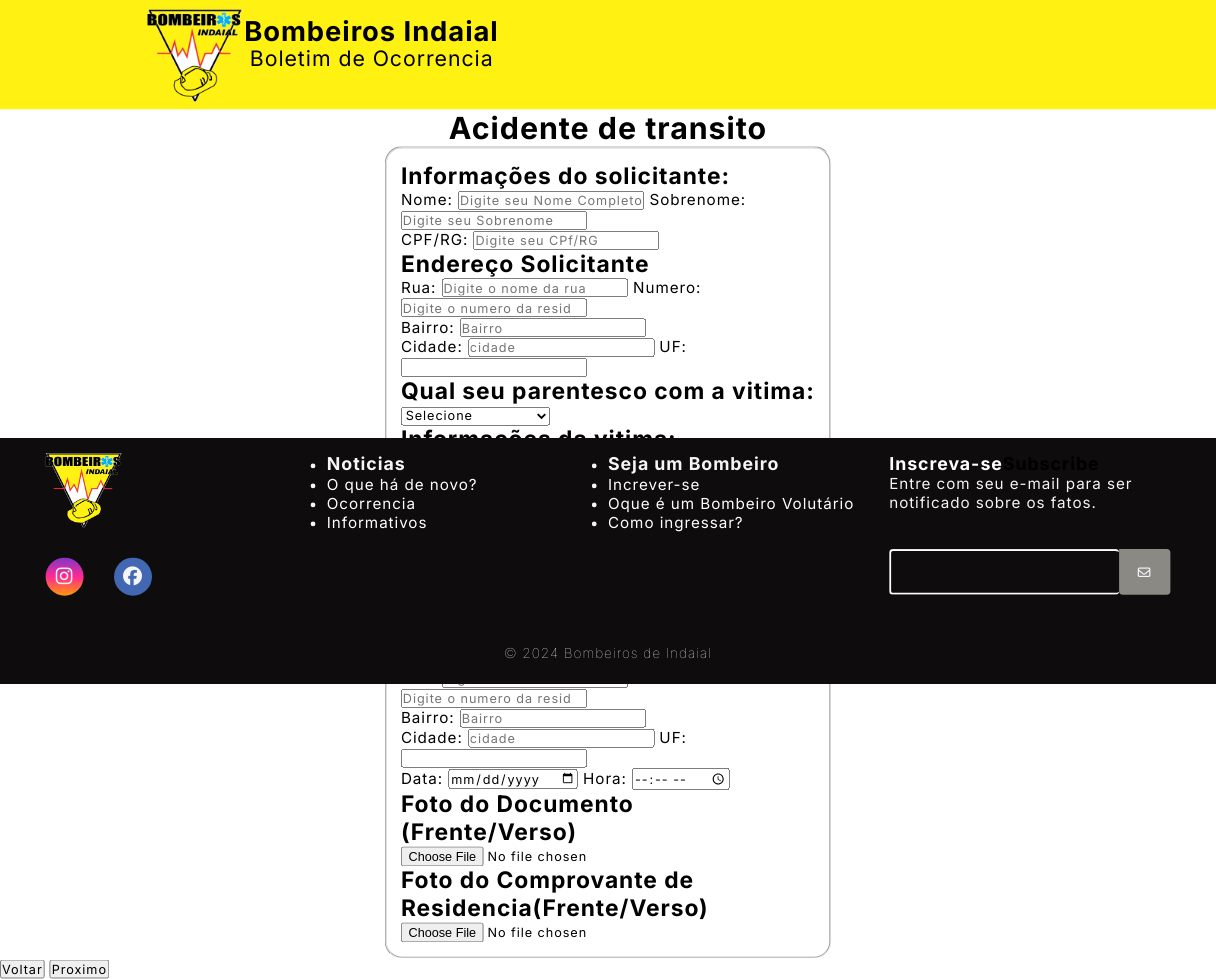
Repository: ThaylonKnopf/ProjetoBV
Page: AcidenteTransito/transitoparente/Form.html
These files come from the project's save history. The page is drawn as it stood at one moment and after a run of saves; the edit follows.
The browser window is 1280 px wide. The pictures show the whole page, at 95% of full size.

Above is the page before, as saved 2024-04-08 11:37:41.

### AcidenteTransito/transitoparente/Form.html
<!DOCTYPE html>
<html lang="pt-BR">

    <head>
        <meta charset="UTF-8">
        <meta name="viewport" content="width=device-width, initial-scale=1.0">
        <title>Requisição de B.O.</title>
        <link rel="stylesheet" href="estilo-fato.css">
        <link rel="shortcut icon"
            href="https://storage.googleapis.com/production-hostgator-brasil-v1-0-9/629/1202629/afAiZAhX/4db7fe933b1247ebbdbe06664fbece59">
        <link rel="stylesheet" href="https://cdnjs.cloudflare.com/ajax/libs/font-awesome/6.5.2/css/all.min.css"
            integrity="sha512-SnH5WK+bZxgPHs44uWIX+LLJAJ9/2PkPKZ5QiAj6Ta86w+fsb2TkcmfRyVX3pBnMFcV7oQPJkl9QevSCWr3W6A=="
            crossorigin="anonymous" referrerpolicy="no-referrer" />

    </head>

    <body>
        <header>
            <link rel="stylesheet" href="/header/footer/header.css">
            <main>
                <source media="(min-width:320px)" srcset="" sizes="300px">
                <div class="titulo">
                    <h1>Bombeiros&nbsp;Indaial</h1>
                </div>
                <div class="img">
                    <a href="https://bombeirosindaial.com.br/" target="_blank"><img src="../img/m.png"
                            alt="logo-bombeiro"></a>
                </div>
                <div class="p">
                    <p>Boletim&nbsp;de&nbsp;Ocorrencia</p>
                </div>
                </nav>
            </main>
        </header>
        <main class="menuh1">
            <h1>Acidente de transito</h1>
        </main>
        <form>
            <fieldset>
                <h2>Informações do solicitante:</h2>
                <div class="campo" required>
                    <label for="nome">Nome:</label>
                    <input type="text" name="nome" id="nome" placeholder="Digite seu Nome Completo" required>
                    <label for="sobrenome">Sobrenome:</label>
                    <input type="text" name="sobrenome" id="sobrenome" placeholder="Digite seu Sobrenome" required>
                </div>
                <div id="cpf">
                    <label for="cfp">CPF/RG:</label>
                    <input type="text" name="cfp" id="cpf" placeholder="Digite seu CPf/RG" required>
                </div>
                <h2>Endereço Solicitante</h2>
                <div id="rua">
                    <label for="rua">Rua:</label>
                    <input type="text" name="rua" id="rua" placeholder="Digite o nome da rua" required>
                    <label for="rua">Numero:</label>
                    <input type="number" name="numero" id="numero" placeholder="Digite o numero da residencia."
                        required>
                </div>
                <div id="bairro">
                    <label for="bairro">Bairro:</label>
                    <input type="text" name="bairro" id="bairro" placeholder="Bairro" required>
                </div>
                <div>
                    <label for="cidade">Cidade:</label>
                    <input type="text" name="cidade" id="cidade" placeholder="cidade" required>
                    <label for="estado">UF:</label>
                    <input type="text" name="estado" id="estado" required>
                </div>
                <h2>Qual seu parentesco com a vitima:</h2>
                <select name="parentesco" id="parente">
                    <option selected disabled value="">Selecione</option>
                    <option>Pai/Mae</option>
                    <option>Irmão/Irmã</option>
                    <option>Conjuge</option>
                    <option>Filho/Filha</option>
                    <option>Avô/Avó</option>
                    <option>Responsável Legal</option>
                </select>
                <h2>Informações da vitima:</h2>
                <div class="campov">
                    <label for="nomev">Nome:</label>
                    <input type="text" name="nome" id="nomev" placeholder="Digite seu Nome" required>
                    <label for="sobrenome">Sobrenome:</label>
                    <input type="text" name="sobrenome" id="sobrenomev" placeholder="Digite seu Sobrenome" required>
                </div>
                <div id="cpfv">
                    <label for="cfp">CPF/RG:</label>
                    <input type="text" name="cfp" id="cpfv" placeholder="Digite seu CPf/RG" required>
                </div>
                <h2>Endereço Vitima</h2>
                <div id="ruav">
                    <label for="rua">Rua:</label>
                    <input type="text" name="rua" id="ruavi" placeholder="Digite o nome da rua" required>
                    <label for="numero">Numero:</label>
                    <input type="number" name="numero" id="numerov" placeholder="Digite o numero da residencia."
                        required>
                </div>
                <div id="bairrov">
                    <label for="bairro">Bairro:</label>
                    <input type="text" name="bairro" id="bairrov" placeholder="Bairro" required>
                </div>
                <div>
                    <label for="cidade">Cidade:</label>
                    <input type="text" name="cidade" id="cidadev" placeholder="cidade" required>
                    <label for="estado">UF:</label>
                    <input type="text" name="estado" id="estadov" required>
                <h2>Informações da ocorrencia:</h2>
                <div id="ruao">
                    <label for="rua">Rua:</label>
                    <input type="text" name="rua" id="ruaoc" placeholder="Digite o nome da rua" required>
                    <label for="numero">Numero:</label>
                    <input type="number" name="numero" id="numeroc" placeholder="Digite o numero da residencia."
                        required>
                </div>
                <div id="bairroc">
                    <label for="bairro">Bairro:</label>
                    <input type="text" name="bairro" id="bairroc" placeholder="Bairro" required>
                </div>
                <div>
                    <label for="cidade">Cidade:</label>
                    <input type="text" name="cidade" id="cidadec" placeholder="cidade" required>
                    <label for="estado">UF:</label>
                    <input type="text" name="estado" id="estadoc" required>
                </div>
                <div id="data">
                    <label for="data">Data:</label>
                    <input type="date" name="dataoc" id="dataoc">
                    <label for="hora">Hora:</label>
                    <input type="time" name="horaoc" id="horaoc">
                </div>
                <div class="doc">
                    <h2>Foto do Documento (Frente/Verso)</h2>
                    <input type="file" name="doc" id="doc">
                </div>
                <div class="res">
                    <h2>Foto do Comprovante de Residencia(Frente/Verso)</h2>
                    <input type="file" name="doc">
                </div>
            </fieldset>
    </form>
        <main class="main-botao">
            <div class="continuar" required>
                <a href="../transitoselecionar/transito1.html"><button class="voltar">Voltar</button></a>
                <a href="/AcidenteTransito/transitoparente/Concluido.html"><button class="prox" required>Proximo</button></a>
            </div>
        </main>
        <footer id="footer">
            <link rel="stylesheet" href="/header/footer/footer.css">
            <div id="footer_content">
                <div id="footer_contacts">
                    <a href="https://bombeirosindaial.com.br/" target="_blank">
                        <h1>
                            <img src="../img/m.png" width="80px" alt="">
                        </h1>
                    </a>
                    <div id="footer_social_media">
                        <a href="#" class="footer-link" id="instagram">
                            <i class="fa-brands fa-instagram"></i>
                        </a>
                        <a href="#" class="footer-link" id="facebook">
                            <i class="fa-brands fa-facebook"></i>
                        </a>
                    </div>
                </div>
                <ul class="footer-list">
                    <li>
                        <h3>Noticias</h3>
                    </li>
                    <li>
                        <a href="#" class="footer-link">O que há de novo?</a>
                    </li>
                    <li>
                        <a href="#" class="footer-link">Ocorrencia</a>
                    </li>
                    <li>
                        <a href="#" class="footer-link">Informativos</a>
                    </li>
                </ul>
                <ul class="footer-lists">
                    <li>
                        <h3 id="pro">Seja um Bombeiro</h3>
                    </li>
                    <li>
                        <a href="#" class="footer-links">Increver-se</a>
                    </li>
                    <li>
                        <a href="#" class="footer-links">Oque é um Bombeiro Volutário</a>
                    </li>
                    <li>
                        <a href="#" class="footer-links">Como ingressar?</a>
                    </li>
                </ul>
                <div id="footer_subscribe">
                    <h3>Subscribe</h3>
                    <p>
                        Entre com seu e-mail para ser notificado sobre os fatos.
                    </p>
                    <div id="input_group">
                        <input type="email" id="email">
                        <button>
                            <i class="fa-regular fa-envelope"></i>
                        </button>
                    </div>
                </div>
            </div>
            <div id="footer_copyright">
                &#169
                2024 Bombeiros de Indaial
            </div>
        </footer>
        <script src="script.js"></script>
    </body>

</html>

### AcidenteTransito/transitoparente/estilo-fato.css
@charset "UTF-8";

@import url('https://fonts.googleapis.com/css2?family=Bebas+Neue&family=Inter:wght@100..900&display=swap');

:root {
    --color-neutral-0: #0e0c0c;
    --color-neutral-10: #171717;
    --color-neutral-30: #a8a29e;
    --color-neutral-40: #f5f5f5;

}

* {
    margin: 0PX;
    padding: 0PX;
    font-family: 'Inter', sans-serif;
    box-sizing: border-box;
    letter-spacing: 1px;
}

P {
    margin: 15px 0px 15px 0px;
}
.menuh1{
    margin:auto;
    max-width: 470px;
    text-align: center;
}

form{
    max-width: 470px;
    margin: auto;
}
fieldset{
    border-radius: 18px;
    padding: 15px;
}
fieldset h

@media (max-width: 970px) {
    .menu section {
        width: 80%;
    }
    .menuh1{
        width: 80%;
    }
    form fieldset{
        width: 470px;
        margin: 10px;
    }
    fieldset div{
        display: grid;
    }
    fieldset div input{
        margin-left: 25px;
        margin-right: 20px;
    }

    .res{
        margin-right: 20px;
        margin-bottom: 20px;
    }
    .menuh1 form h2{
        margin-left: 10px;
    }
}
@media screen and (max-width: 376px) {
    .tit{
        margin-top: -100px;
    }
    .menu .container{
        width: 80%;
        margin-top: 150px;
    }
    .menu {
        width: 300px;
    }
}
@media screen and (max-width: 375px) {
    .tit{
        margin-top: -100px;
    }
    .menu .container{
        width: 80%;
        margin-top: 150px;
    }
    .menu {
        width: 300px;
    }
}

### header/footer/header.css
@charset "UTF-8";

@import url('https://fonts.googleapis.com/css2?family=Bebas+Neue&family=Inter:wght@100..900&display=swap');

:root {
    --color-neutral-0: #0e0c0c;
    --color-neutral-10: #171717;
    --color-neutral-30: #a8a29e;
    --color-neutral-40: #f5f5f5;

}

* {
    margin: 0PX;
    padding: 0PX;
    font-family: 'Inter', sans-serif;
    box-sizing: border-box;
    letter-spacing: 1px;
}

main {
    height: auto;
}
main .titu{
    text-align: center;
}

P {
    margin: 15px 0px 15px 0px;
}

header {
    background-color: #FFF212;
    height: 115px;
    padding-top: 10px;
    padding-bottom: 0px;
}

header main {
    background-color: #FFF212;
    width: 900px;
    margin: auto;
    padding-top: 0px;
    padding-bottom: 0px;
    height: 90px;

}

header main h1 {
    margin-left: 67px;
    font-size: 1.8em;
    padding-top: 5px;
    margin-top: 0px;
}

header main img {
    width: 100px;
    margin-top: -40px;
    margin-left: -35px;
}

header main p {
    margin-left: 73px;
    margin-top: -64px;
    font-size: 1.4em;
}
@media screen and (max-width: 976px) {
    header main{
        margin: auto;
        width: 80%;
    }
}

@media screen and (max-width: 499px) {
    header{
        height: 110px;
    }
    header main{
        margin: auto;
        font-size: 12px;
        align-items: center;
    }
    header main img{
        width: 80px;
        margin-top: -25px;
        margin-left: -15px;
    }
    header main h1{
        margin-bottom: 5px;
        margin-left: 70px;
    }
    header main p {
        margin-top: -55px;
    }
}

### header/footer/footer.css
@charset "UTF-8";

@import url('https://fonts.googleapis.com/css2?family=Bebas+Neue&family=Inter:wght@100..900&display=swap');

:root {
    --color-neutral-0: #0e0c0c;
    --color-neutral-10: #171717;
    --color-neutral-30: #a8a29e;
    --color-neutral-40: #f5f5f5;

}

* {
    margin: 0PX;
    padding: 0PX;
    font-family: 'Inter', sans-serif;
    box-sizing: border-box;
    letter-spacing: 1px;
}

footer {
    position: fixed;
    bottom: 0;
    left: 0%;
    color: var(--color-neutral-40);
}

.footer-link {
    text-decoration: none;
    color: white;
}

.footer-links {
    text-decoration: none;
    color: white;
}

#footer_content {
    background-color: var(--color-neutral-0);
    display: grid;
    grid-template-columns: repeat(4, 1fr);
    padding: 1rem 3rem;
    max-height: 205px;

}

#footer_contacts {
    margin-bottom: 0.75rem;
}

#footer_social_media {
    display: flex;
    gap: 2rem;
    margin-top: 1.5rem;
}

#footer_social_media .footer-link {
    display: flex;
    align-items: center;
    justify-content: center;
    height: 2.5rem;
    width: 2.5rem;
    color: var(--color-neutral-40);
    border-radius: 50%;
    transition: 0.4s;
}

#footer_social_media .footer-link i {
    font-size: 1.25rem;
}

#footer_social_media .footer-link:hover {
    opacity: 0.8;
}

#instagram {
    background: linear-gradient(#7f37c9, #ff2992, #ff9807);
    text-decoration: none;
}

#facebook {
    background-color: #4267b3;
    text-decoration: none;
}

.footer_list {
    display: flex;
    flex-direction: column;
    gap: 0.75rem;
    list-style: none;

}

.footer-link:hover{
    text-decoration: underline;
}
.footer-links:hover{
    text-decoration: underline;
}

#footer_subscribe {
    display: flex;
    flex-direction: column;
    gap: 1.5rem;
}

#footer_subscribe h3::before{
    content: "Inscreva-se";
    color:white;
}
#footer_subscribe h3{
    color:black;
    margin-bottom: -40px;
}
#footer_subscribe p {
    color: var(--color-neutral-40);
}

#input_group {
    display: flex;
    align-items: center;
    background-color: 4px;
    border-radius: 4px;
}

#input_group input {
    all: unset;
    padding: 0.75rem;
    width: 100%;
    border-top: 2px solid white;
    border-bottom: 2px solid white;
    border-left: 2px solid white;
    border-radius: 4px;
}

#input_group button {
    background-color: #8a8984;
    border: none;
    color: var(--color-neutral-40);
    padding: 0px 1.25rem;
    height: 100%;
    border-radius: 0px 4px 4px 4px;
    cursor: pointer;
    transition: all 0.4s;
}

#input_group button:hover {
    opacity: 0.8;
}

#footer_copyright {
    display: flex;
    justify-content: center;
    background-color: var(--color-neutral-0);
    font-size: 0.9rem;
    padding: 1.5rem;
    font-weight: 100;
}

@media screen and (max-width:768px) {
    #footer_content {
        grid-template-columns: repeat(2, 1fr);
        gap: 2rem;
    }

    #input_group input {
        border-top: 2px solid rgb(0, 0, 0);
        border-bottom: 2px solid rgb(0, 0, 0);
        border-left: 2px solid rgb(0, 0, 0);
        border-radius: 4px;

    }

    #footer {
        position: relative;
    }

    #footer_subscribe{
        margin-top: 65px;
    }

    #footer_subscribe h3::before {
        color: rgb(0, 0, 0);
        content: "Inscreva-se";
    }
    #footer_subscribe h3{
        color:white;

    }

    #footer_subscribe p {
        color: rgb(0, 0, 0);
        margin-top: 15px;
    }

    .footer-lists{
        margin-top: 65px;
    }

    .footer-links {
        color: black;
        text-decoration: none;
    }

    #pro {
        color: black;
    }
    .footer-links:hover {
        color: black;
        text-decoration: underline;
    }
    .footer-link:hover {
        text-decoration: underline;
    }


}

@media screen and (max-width:426px) {
    #footer_content {
        grid-template-columns: repeat(1, 1fr);
        padding: 3rem 2;
    }

    #input_group input {
        border-top: 2px solid rgb(0, 0, 0);
        border-bottom: 2px solid rgb(0, 0, 0);
        border-left: 2px solid rgb(0, 0, 0);
        border-radius: 4px;
    }

    #footer {
        position: relative;
    }

    #footer_subscribe .p {
        color: black;
    }
    #footer_copyright {
        position: absolute;
        height: 100px;
        bottom:0;
        left: 0;
        width: 100%;
    }

    .footer-list {
        color:black;
        margin-top: 20px;
    }
    .footer-link {
        color: black;
    }
    .footer-lists {
        color:black;
        margin-top: 2px;
    }

    .footer-links {
        color: black;
    }

    #pro {
        color: black;
    }
    .footer-links:hover {
        color: black;
        text-decoration: underline;
    }
    #input_group button {
        background-color: #8a8984;
        border: none;
        color: var(--color-neutral-40);
        padding: 0px 1.25rem;
        height: 80%;
        border-radius: 4px 4px 4px 4px;
        cursor: pointer;
        transition: all 0.4s;
        margin-bottom: 10px;
        margin-left: 1px;
    }
    #input_group input {
        border-top: 2px solid rgb(0, 0, 0);
        border-bottom: 1px solid rgb(0, 0, 0);
        border-left: 2px solid rgb(0, 0, 0);
        border-radius: 4px;
        margin-bottom: 15px;
    }
    #footer_contacts{
        margin: 0px auto;
    }
    #footer_contacts h1{
        margin-left: 13px;
    }
}

@media screen and (max-width: 413px) {
    #footer_content{
        margin-bottom: 140px;
    }
}

Loaded but not shown: AcidenteTransito/transitoparente/script.js (no copy from this time; the picture is the same without it)

After the next 3 saves:
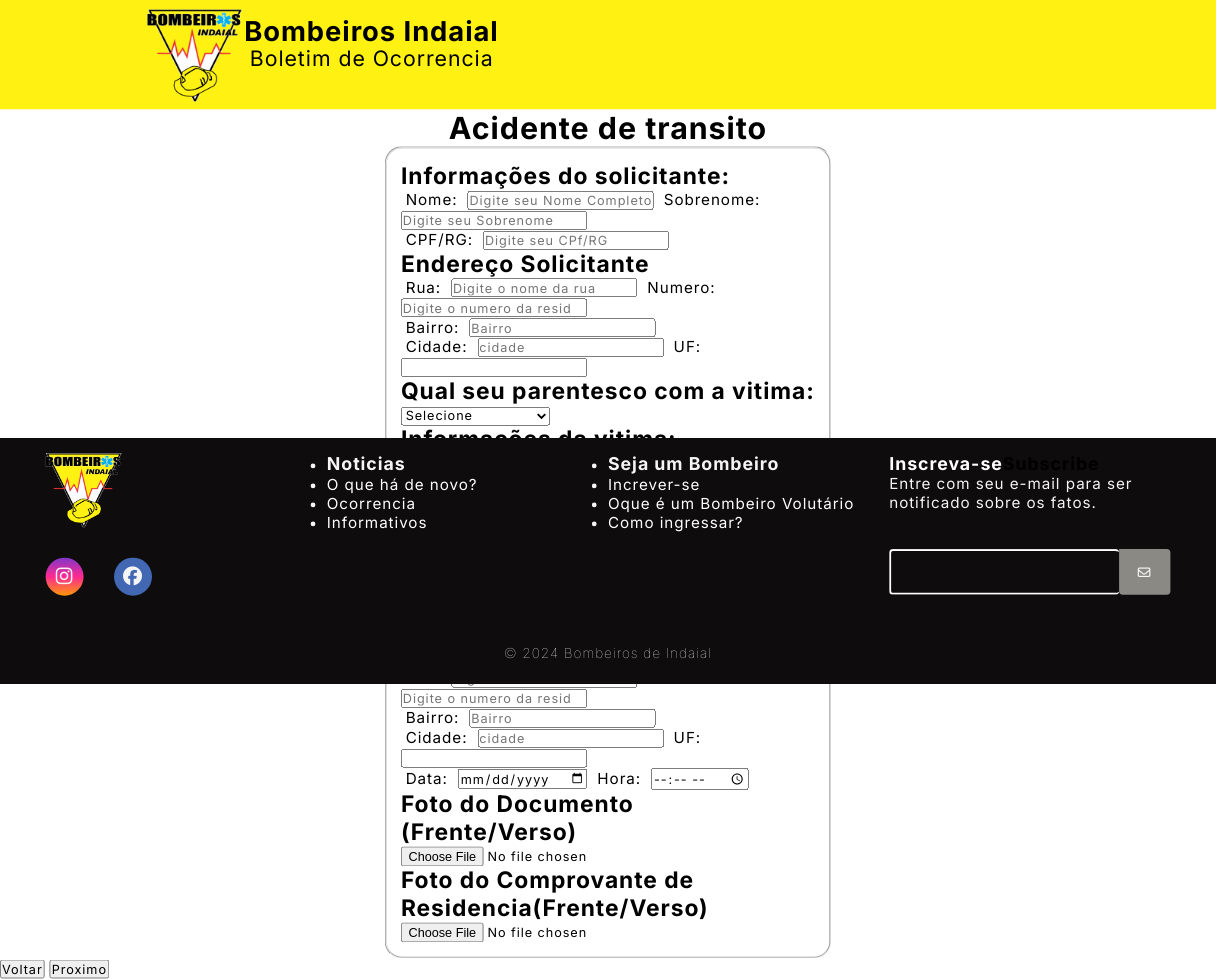
The 3 saves are shown as one change because they came seconds apart.
The last was saved 19 s later.
--- a/AcidenteTransito/transitoparente/estilo-fato.css
+++ b/AcidenteTransito/transitoparente/estilo-fato.css
@@ -35,7 +35,9 @@
     border-radius: 18px;
     padding: 15px;
 }
-fieldset h
+fieldset label{
+    padding: 5px;
+}
 
 @media (max-width: 970px) {
     .menu section {

After the 2 saves that followed:
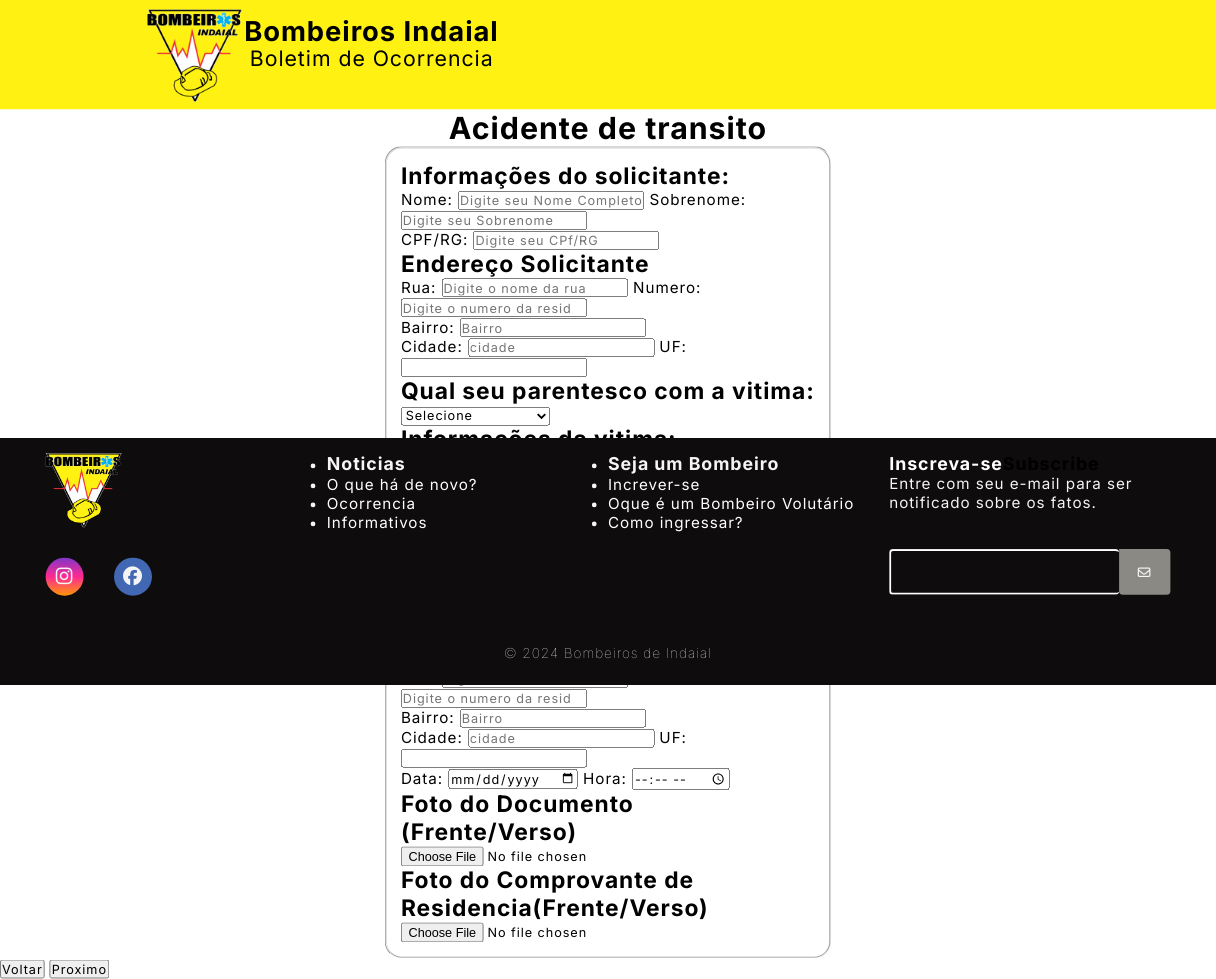
The 2 saves are shown as one change because they came seconds apart.
The last was saved 9 s later.
--- a/AcidenteTransito/transitoparente/estilo-fato.css
+++ b/AcidenteTransito/transitoparente/estilo-fato.css
@@ -36,7 +36,7 @@
     padding: 15px;
 }
 fieldset label{
-    padding: 5px;
+    padding-bottom: 15px;
 }
 
 @media (max-width: 970px) {
